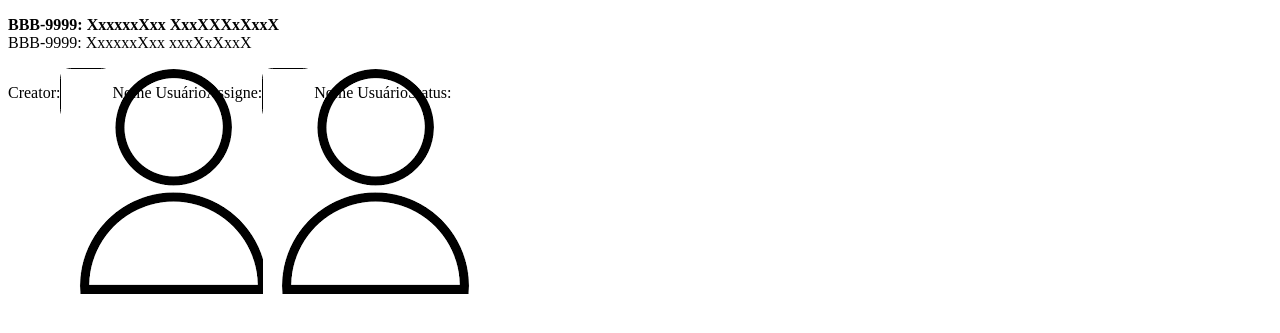
Repository: AnaBerlanda/PaginaFer
Page: index.html
The author's editor kept a copy of each file at every save. The page is drawn from the files as they stood at one save, then again after the next save.
The browser window is 1280 px wide. The pictures show the whole page.

Above is the page before, as saved 2022-05-20 15:28:03.

### index.html
<!DOCTYPE html>
<html lang="en">
<head>
    <meta charset="UTF-8">
    <meta http-equiv="X-UA-Compatible" content="IE=edge">
    <meta name="viewport" content="width=device-width, initial-scale=1.0">
    <link type="text/css" rel="stylesheet" href="index.css">
    <title>Release</title>
</head>
<body>
    <p>
        <strong>BBB-9999: XxxxxxXxx XxxXXXxXxxX</strong><br>
        BBB-9999: XxxxxxXxx xxxXxXxxX
    </p>
    <div class="container">
        <div class="textos">
        <p class="sub-titulos">Creator:</p>
        </div>
        <div class="imagem">
            <img src="imagem/Icone-usuario-Png-1024x1024.png">
        </div>
        <div class="nome-usuario">
            <p>Nome Usuário</p>
        </div>
        <div class="textos">
            <p class="sub-titulos">Assigne:</p>
        </div>
            <div class="imagem">
                <img src="imagem/Icone-usuario-Png-1024x1024.png">
            </div>
            <div class="nome-usuario">
                <p>Nome Usuário</p>
            </div>
        <div class="textos">
            <p class="sub-titulos">Status:</p>
        </div>


    </div>












</body>
</html>

### index.css
.container{
    display: flex;
}
.imagem{
    width: 50px;
    height: 50px;
    border-radius: 20%;
    border: 1px solid black;
}

After the next save:
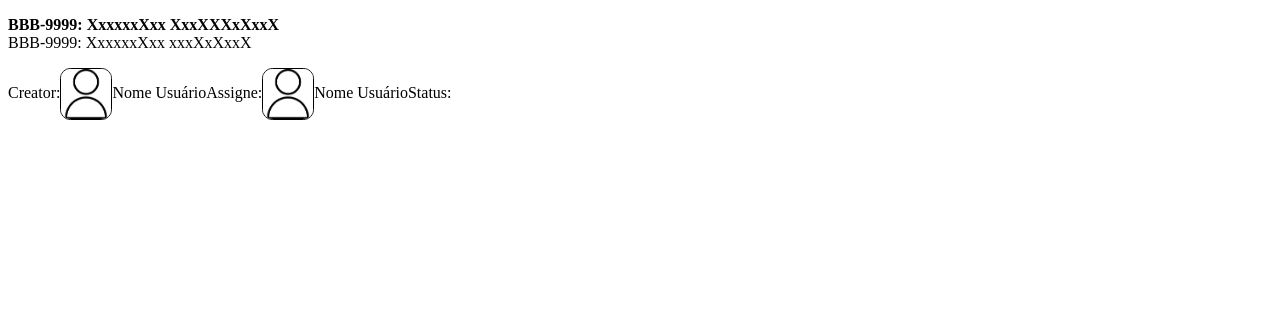
Saved 30 s later.
--- a/index.css
+++ b/index.css
@@ -1,7 +1,7 @@
 .container{
     display: flex;
 }
-.imagem{
+.imagem img{
     width: 50px;
     height: 50px;
     border-radius: 20%;
